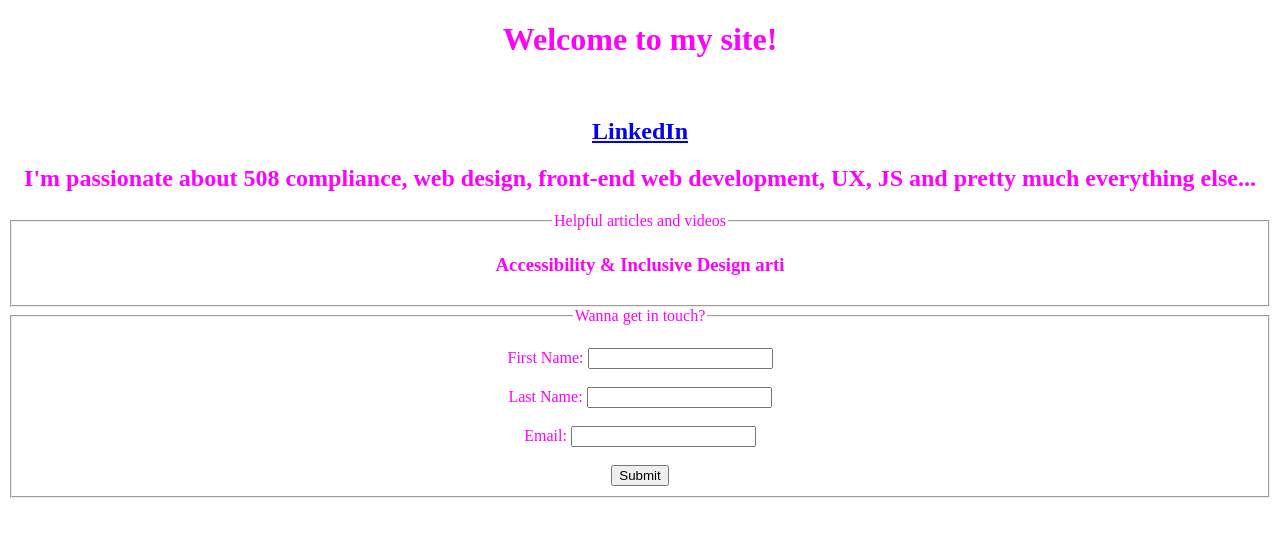
Repository: jasvr/jasvr.io
Page: index.html
An editor plug-in stored every save of this project. The page is shown before and after a run of saves, followed by the edit.
The browser window is 1280 px wide. The pictures show the whole page.

Above is the page before, as saved 2020-01-10 14:59:23.

After the next 5 saves:
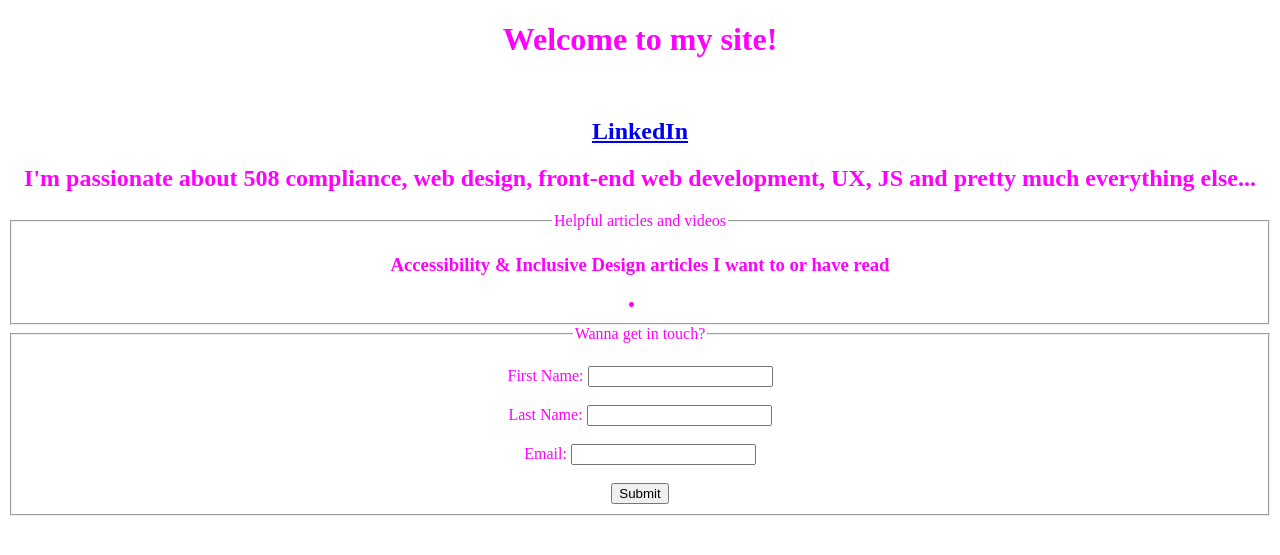
The 5 saves are shown as one change because they came seconds apart.
The last was saved 18 s later.
--- a/index.html
+++ b/index.html
@@ -15,7 +15,10 @@
 
     <fieldset>
         <legend>Helpful articles and videos</legend>
-             <h3>Accessibility & Inclusive Design arti</h3>
+             <h3>Accessibility & Inclusive Design articles I want to or have read</h3>
+             <li>
+
+             </li>
     </fieldset>
 
 
